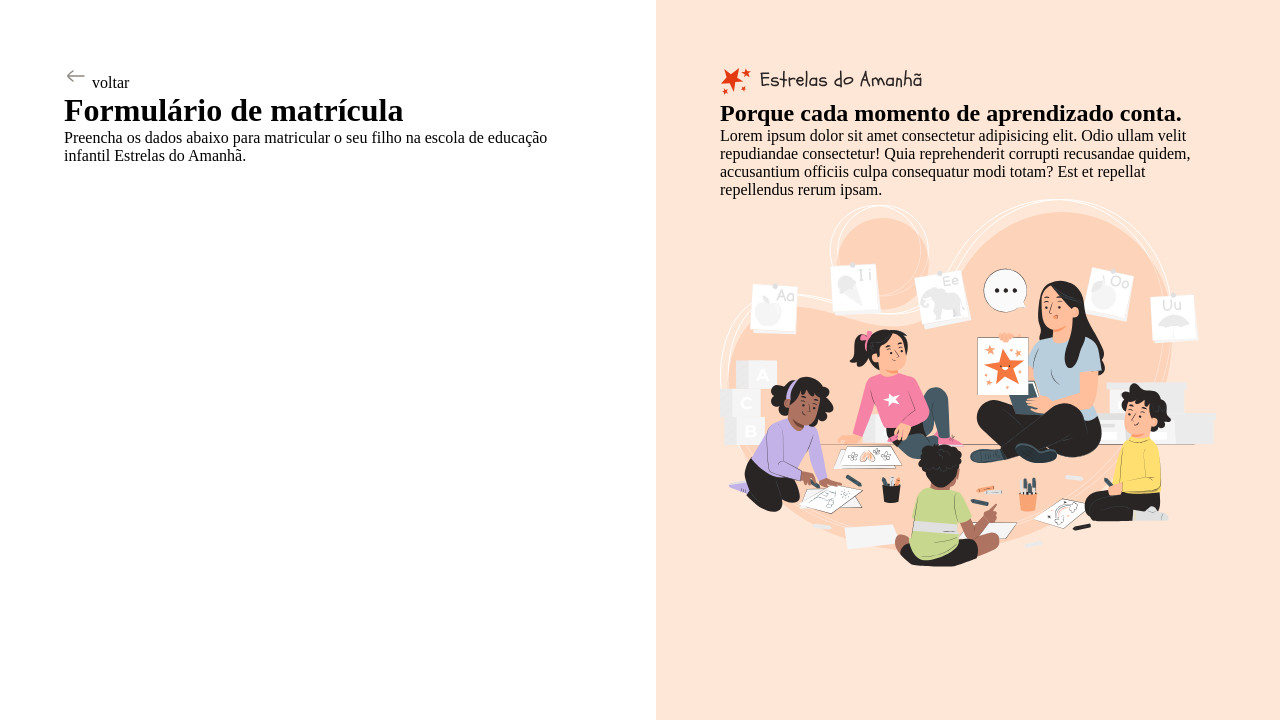
Repository: JeffRodFer/Formulario_de_Matriculas
Page: index.html
An editor plug-in stored every save of this project. The page is shown before and after the next save, followed by the edit.
The browser window is 1280 px wide. The pictures show the whole page.

Above is the page before, as saved 2025-05-06 21:38:03.

### index.html
<!DOCTYPE html>
<html lang="pt-br">
<head>

  <link rel="preconnect" href="https://fonts.googleapis.com">
  <link rel="preconnect" href="https://fonts.gstatic.com" crossorigin>

  <meta charset="UTF-8">
  <meta name="viewport" content="width=device-width, initial-scale=1.0">
  <title>Estrelas do Amanhã</title>

  <link rel="stylesheet" href="styles/index.css">
  <link href="https://fonts.googleapis.com/css2?family=Archivo:ital,wght@0,100..900;1,100..900&family=Bree+Serif&family=Poppins:wght@400;700&display=swap" rel="stylesheet">
</head>
<body>
  <div id="app">
    <main>
      <div class="main-container">
        <div>
          <img src="assets/icons/arrow-left-02.svg" alt="Seta para voltar">
          <span>voltar</span>
        </div>
        <h1>Formulário de matrícula</h1>
        <p>Preencha os dados abaixo para matricular o seu filho na escola de educação infantil Estrelas do Amanhã.</p>
      </div>
    </main>

    <aside>
      <div class="aside-container">
        <header>
          <img src="assets/icons/logo.svg" alt="Logo estrelas do amanhã">
          <h2>Porque cada momento de
          <span> aprendizado </span>
          conta.</h2>
          <p>Lorem ipsum dolor sit amet consectetur adipisicing elit. Odio ullam velit repudiandae consectetur! Quia reprehenderit corrupti recusandae quidem, accusantium officiis culpa consequatur modi totam? Est et repellat repellendus rerum ipsam.</p>
        </header>
        <img src="assets/Illustration.svg" alt="Ilustração de uma professora com seus alunos">

      </div>
    </aside>

  </div>

</body>
</html>

### styles/global.css
* {
  margin: 0;
  padding: 0;
  box-sizing: border-box;
}

:root {
  --font-family: "Poppins", sans-serife;
  --text: 4001rem/1.5 var(--not-fsmily);
  --text-sm: 400 .875rem/1.4 var(--font-family);


  --text-primary: #292524;
  --text-secondary: #57534e;
  --text-tertiary: #8f8801;
  --text0-height: #e43a12;

  --surface-primary: #ffffff;
  --surface-secondary: #fee7d6;

  --stroke-default: #d6d3d1;
  --stroke-hightlight: #f3541c;
  --semantics-error:#dc2626;
}

body {
  overflow: hidden;

  font: var(--text);
  color: var(--text)
}

### styles/layout.css
#app {
  display: grid;
  grid-template-columns: 51.25% 48.75%;

  height: 100vh;
  overflow: hidden;
}

main {
  overflow: auto;
  padding: 4rem;

  & .main-container{
    max-width: 33rem;
    margin-left: auto;
  }
}
aside {
  background-color: var(--surface-secondary);
  padding: 4rem;

& .aside-container {
  max-width: 31rem;
}

}

Loaded but not shown: styles/index.css (common file)

After the next save:
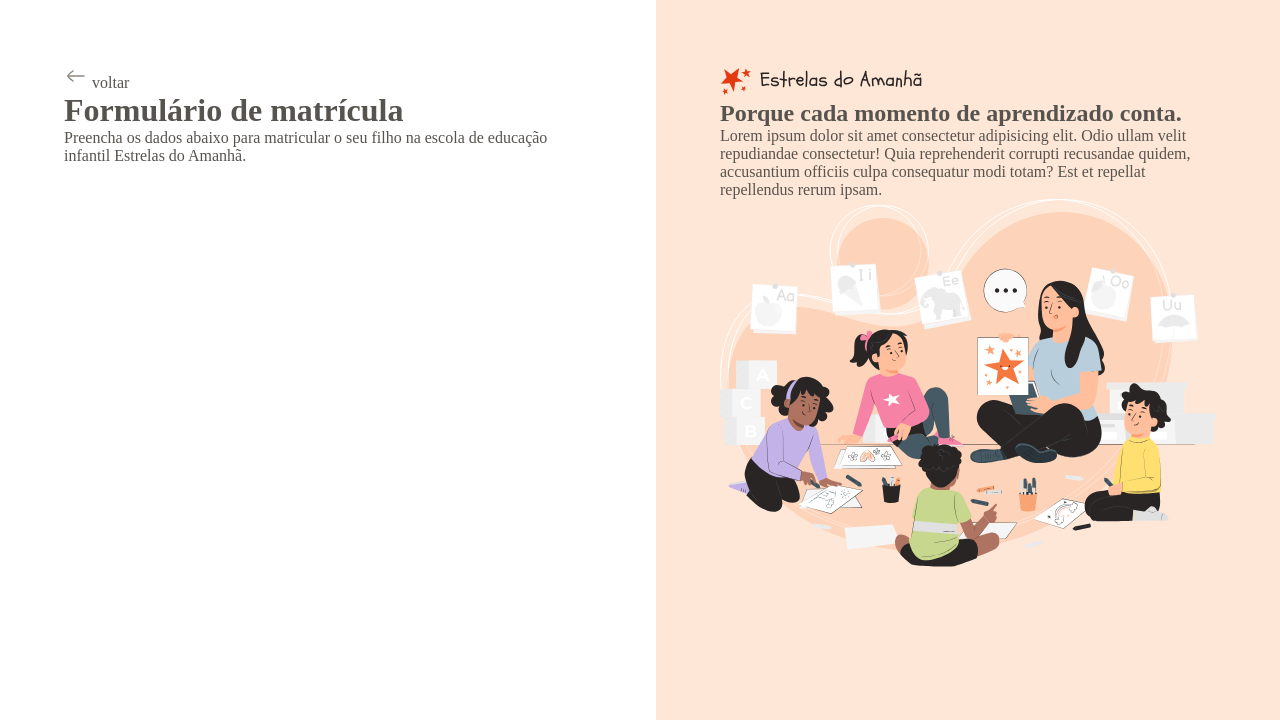
Saved 4 s later.
--- a/styles/global.css
+++ b/styles/global.css
@@ -27,5 +27,5 @@ body {
   overflow: hidden;
 
   font: var(--text);
-  color: var(--text)
+  color: var(--text-secondary)
 }
